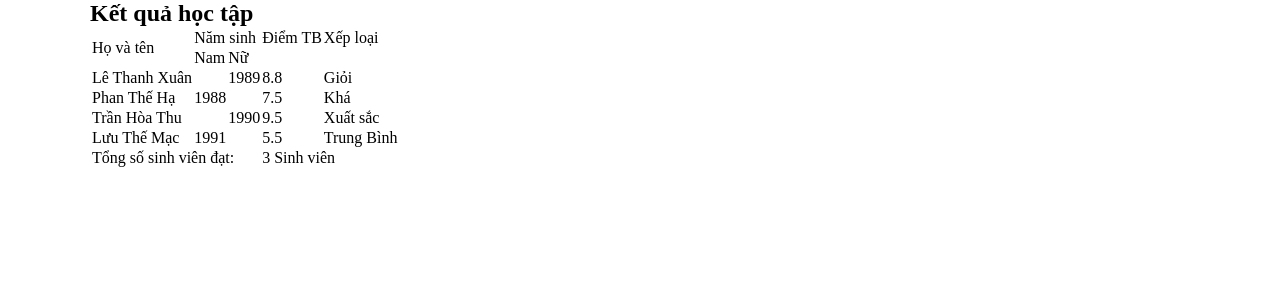
Repository: tuiladev/TKW
Page: Table/index.html
An editor plug-in stored every save of this project. The page is shown before and after the next save, followed by the edit.
The browser window is 1280 px wide. The pictures show the whole page.

Above is the page before, as saved 2022-03-15 23:41:02.

After the next save:
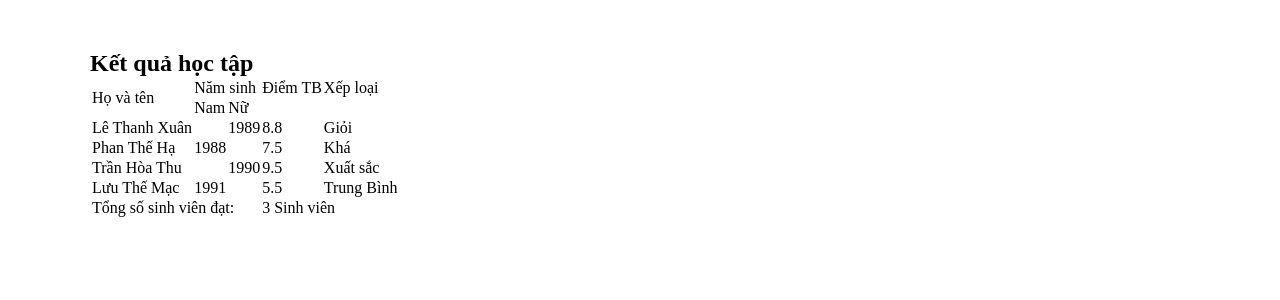
Saved 12 s later.
--- a/Table/index.html
+++ b/Table/index.html
@@ -14,7 +14,7 @@
       .wrapper {
         max-width: 1200px;
         padding: 0 50px;
-        margin: 0 auto;
+        margin: 50px auto;
       }
 
     </style>
